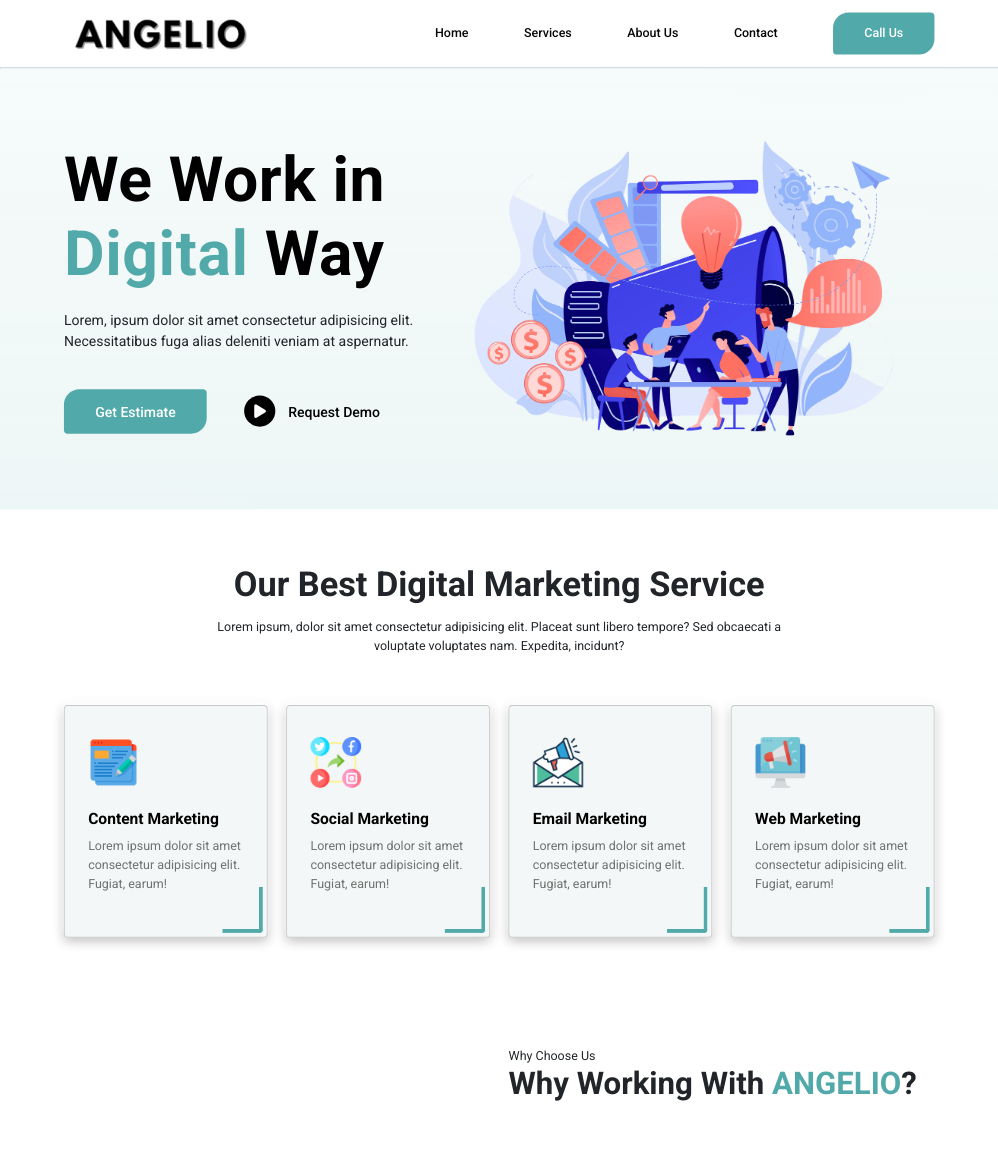
Repository: nazmulalok/landing-page-angelio
Page: index.html
These files come from the project's save history. The page is drawn as it stood at one moment and after the next save; the edit follows.
The browser window is 1280 px wide. The pictures show the whole page, at 78% of full size.

Above is the page before, as saved 2022-09-11 22:06:41.

### index.html
<!DOCTYPE html>
<html lang="en">

    <head>
        <meta charset="UTF-8">
        <meta http-equiv="X-UA-Compatible" content="IE=edge">
        <meta name="viewport" content="width=device-width, initial-scale=1.0">
        <title>Landing Page</title>
        <link rel="preconnect" href="https://fonts.googleapis.com">
        <link rel="preconnect" href="https://fonts.gstatic.com" crossorigin>
        <link rel="stylesheet" href="https://cdnjs.cloudflare.com/ajax/libs/font-awesome/6.2.0/css/all.min.css"
            integrity="sha512-xh6O/CkQoPOWDdYTDqeRdPCVd1SpvCA9XXcUnZS2FmJNp1coAFzvtCN9BmamE+4aHK8yyUHUSCcJHgXloTyT2A=="
            crossorigin="anonymous" referrerpolicy="no-referrer" />
        <link
            href="https://fonts.googleapis.com/css2?family=Roboto:ital,wght@0,300;0,400;0,500;0,700;0,900;1,300;1,400;1,500;1,700;1,900&display=swap"
            rel="stylesheet">
        <link href="https://cdn.jsdelivr.net/npm/bootstrap@5.2.0/dist/css/bootstrap.min.css" rel="stylesheet"
            integrity="sha384-gH2yIJqKdNHPEq0n4Mqa/HGKIhSkIHeL5AyhkYV8i59U5AR6csBvApHHNl/vI1Bx" crossorigin="anonymous">
        <link rel="stylesheet" href="style.css">
    </head>

    <body>
        <header>
            <nav>
                <div class="container">
                    <div class="row align-items-center">
                        <div class="col-lg-5">
                            <div class="logo">
                                <a href="/"><img src="images/angelio-logo.png" alt="Angelio Logo" width="250"
                                        height="66"></a>
                            </div>
                        </div>
                        <div class="col-lg-7 d-flex justify-content-end">
                            <ul>
                                <li><a href="/">Home</a></li>
                                <li><a href="/services.html">Services</a></li>
                                <li><a href="/about-us.html">About Us</a></li>
                                <li><a href="/contact.html">Contact</a></li>
                                <li class="nav-cta"><a href="tel:000-000-0000">Call Us</a></li>
                            </ul>
                        </div>
                    </div>
                </div>
            </nav>
        </header>
        <section class="sec-padding banner-sec">
            <div class="container">
                <div class="row align-items-center">
                    <div class="col-lg-7 order-lg-last">
                        <img src="images/angelio-digital-marketing.png" alt="">
                    </div>
                    <div class="col-lg-5">
                        <div class="large-heading">We Work in <span class="color-text">Digital</span> Way</div>
                        <p>Lorem, ipsum dolor sit amet consectetur adipisicing elit. Necessitatibus fuga alias deleniti
                            veniam at aspernatur.</p>
                        <div class="d-flex align-items-center mt-5"><a href="/contact-us" class="main-btn me-5">Get
                                Estimate</a>
                            <a href="/contact-us" class="play-btn"><i class="fas fa-play me-3"></i>Request Demo</a>
                        </div>
                    </div>
                </div>
            </div>
        </section>
        <section class="sec-padding">
            <div class="container">
                <div class="row justify-content-center">
                    <div class="col-md-8">
                        <div class="text-center">
                            <h1>
                                Our Best Digital Marketing Service
                            </h1>
                            <p>Lorem ipsum, dolor sit amet consectetur adipisicing elit. Placeat sunt
                                libero
                                tempore? Sed obcaecati a voluptate voluptates nam. Expedita, incidunt?</p>
                        </div>
                    </div>
                </div>
                <div class="row align-items-center mt-5">
                    <div class="col-lg-3">
                        <div class="service-box">
                            <div class="service-icon">
                                <img src="images/content-marketing.png" alt="Content Marketing">
                            </div>
                            <div class="service-content">
                                <a href="#">Content Marketing</a>
                                <p>Lorem ipsum dolor sit amet consectetur adipisicing elit. Fugiat, earum!</p>
                            </div>
                        </div>
                    </div>
                    <div class="col-lg-3">
                        <div class="service-box">
                            <div class="service-icon">
                                <img src="images/social-marketing.png" alt="Social Marketing">
                            </div>
                            <div class="service-content">
                                <a href="#">Social Marketing</a>
                                <p>Lorem ipsum dolor sit amet consectetur adipisicing elit. Fugiat, earum!</p>
                            </div>
                        </div>
                    </div>
                    <div class="col-lg-3">
                        <div class="service-box">
                            <div class="service-icon">
                                <img src="images/email-marketing.png" alt="Email Marketing">
                            </div>
                            <div class="service-content">
                                <a href="#">Email Marketing</a>
                                <p>Lorem ipsum dolor sit amet consectetur adipisicing elit. Fugiat, earum!</p>
                            </div>
                        </div>
                    </div>
                    <div class="col-lg-3">
                        <div class="service-box">
                            <div class="service-icon">
                                <img src="images/web-marketing.png" alt="Web Marketing">
                            </div>
                            <div class="service-content">
                                <a href="#">Web Marketing</a>
                                <p>Lorem ipsum dolor sit amet consectetur adipisicing elit. Fugiat, earum!</p>
                            </div>
                        </div>
                    </div>
                </div>
            </div>
        </section>
        <section class="sec-padding">
            <div class="container">
                <div class="row align-items-center">
                    <div class="col-lg-6">

                    </div>
                    <div class="col-lg-6">
                        <span class="arrow-text">Why Choose Us</span>
                        <h2>Why Working With <span class="color-text">ANGELIO</span>?</h2>
                    </div>
                </div>
            </div>
        </section>


        <script src="https://cdn.jsdelivr.net/npm/bootstrap@5.2.0/dist/js/bootstrap.bundle.min.js"
            integrity="sha384-A3rJD856KowSb7dwlZdYEkO39Gagi7vIsF0jrRAoQmDKKtQBHUuLZ9AsSv4jD4Xa"
            crossorigin="anonymous"></script>
    </body>

</html>

### style.css
:root {
    --primary-color: #52a9a9;
    --secondary-color: #000000;
    --main-font: 'Roboto', sans-serif;
}

body {
    font-family: var(--main-font);
}

nav {
    padding: 10px 0px;
    box-shadow: 0 1px 1px 1px #14477e2b;
}

nav ul {
    list-style-type: none;
    display: flex;
    justify-content: flex-end;
    margin: 0;
    padding: 0;
    align-items: center;
    gap: 20%;
    white-space: nowrap;
}

nav ul li a {
    color: #080808;
    text-decoration: none;
    display: block;
    position: relative;
    font-weight: 500;
}

nav ul li a:hover {
    color: #52a9a9;
}

li.nav-cta a {
    background: #008080ad;
    padding: 15px 40px;
    color: #fff;
    border-radius: 20px 5px;
    transition: all 0.3s ease;
}

li.nav-cta a:hover {
    background: #000;
    color: #fff;
    border-radius: 5px 20px;
    transition: all 0.3s ease;
}

li.nav-cta a:before {
    content: "";
    width: 0%;
    height: 0px;
    position: absolute;
    left: 0;
    bottom: 0;
    transition: none;
    transform: none;
    background: none;
    transform-origin: 0%;
}

li.nav-cta a:hover:before {
    transform: none;
    transform-origin: 0%;
}

nav ul li a:before {
    content: "";
    width: 100%;
    height: 2px;
    position: absolute;
    left: 0;
    bottom: 0;
    transition: 0.4s transform ease;
    transform: scale3d(0, 1, 1);
    background: #52a9a9;
    transform-origin: 100% 50%;
}

nav ul li a:hover::before {
    transform: scale3d(1, 1, 1);
    transform-origin: 0 50%;
}

.sec-padding {
    padding: 70px 0px;
}

.banner-sec {
    background-image: linear-gradient(rgb(82 169 169 / 5%), rgb(82 169 169 / 10%));
    background-size: cover;
    background-position: center;
}

.banner-sec img {
    width: 100%;
}

.large-heading {
    font-size: 80px;
    color: #000;
    font-weight: 600;
    letter-spacing: 0.8px;
    line-height: normal;
    margin-bottom: 25px;
}

.banner-sec p {
    font-size: 18px;
}

.color-text {
    color: var(--primary-color);
}

a.main-btn {
    color: #fff;
    background: #52a9a9;
    padding: 15px 40px;
    font-weight: 500;
    font-size: 18px;
    text-decoration: none;
    border-radius: 20px 5px;
    transition: all 0.3s ease;
}

a.main-btn:hover {
    background: #000;
    color: #fff;
    border-radius: 5px 20px;
    transition: all 0.3s ease;
}

a.play-btn {
    display: inline-flex;
    align-items: center;
    justify-content: center;
    color: #000;
    text-decoration: none;
    font-weight: 500;
    font-size: 18px;
}

.play-btn .fa-play {
    width: 40px;
    height: 40px;
    color: #fff;
    font-size: 20px;
    background: #000;
    display: inline-flex;
    align-items: center;
    justify-content: center;
    border-radius: 50%;
    transition: all 0.3s ease;
}

.play-btn:hover i {
    background: var(--primary-color);
}

/* Headings */

h1 {
    font-size: 44px;
}

h2 {
    font-size: 40px;
}

h3 {
    font-size: 36px;
}

h4 {
    font-size: 32px;
}

h5 {
    font-size: 28px;
}

h6 {
    font-size: 24px;
}

h1,
h2,
h3,
h4,
h5,
h6 {
    margin-bottom: 1rem;
    font-weight: 700;
}

/* Service Box */

.service-box {
    position: relative;
    background: rgb(197 214 214 / 20%);
    padding: 40px 30px;
    box-shadow: 0px -6px 10px white, 0px 4px 15px rgb(0 0 0 / 27%);
    border: 1px solid #00000030;
    border-radius: 5px;
}

.service-box:after {
    position: absolute;
    content: "";
    height: 20%;
    width: 20%;
    bottom: 5px;
    right: 5px;
    border-bottom-right-radius: 5px;
    border-bottom: 5px solid var(--primary-color);
    border-right: 5px solid var(--primary-color);
    transition: all 1s ease;
}

.service-box:hover:after {
    height: 30%;
    width: 30%;
    bottom: 5px;
    right: 5px;
    border-bottom-right-radius: 5px;
    border-bottom: 5px solid var(--primary-color);
    border-right: 5px solid var(--primary-color);
    transition: all 1s ease;
}

.service-box .service-icon {
    width: 80px;
    height: 80px;
    margin-bottom: 10px;
}

.service-box .service-icon img {
    width: 65px;
}

.service-box .service-content a {
    display: inline-block;
    color: #000;
    font-size: 20px;
    font-weight: 600;
    text-decoration: none;
    margin-bottom: 8px;
}

.service-box:hover .service-content a {
    color: var(--primary-color);
}

.service-box .service-content p {
    color: #575757d6;
}

After the next save:
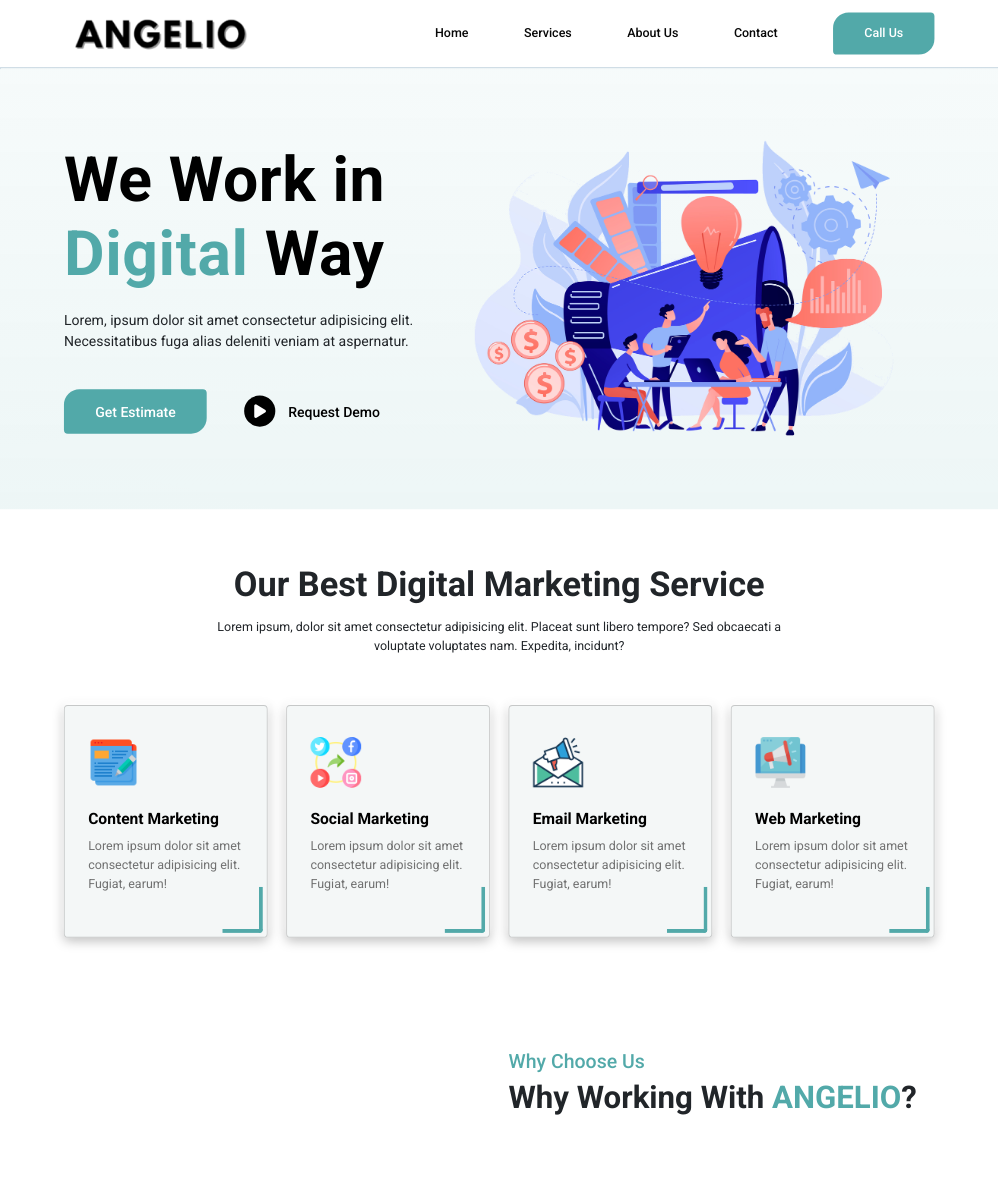
Saved 4 min 22 s later.
--- a/style.css
+++ b/style.css
@@ -260,3 +260,13 @@ h6 {
 .service-box .service-content p {
     color: #575757d6;
 }
+
+/* Why Choose Section */
+
+span.arrow-text {
+    display: inline-block;
+    font-size: 25px;
+    color: var(--primary-color);
+    font-weight: 500;
+    margin-bottom: 5px;
+}
